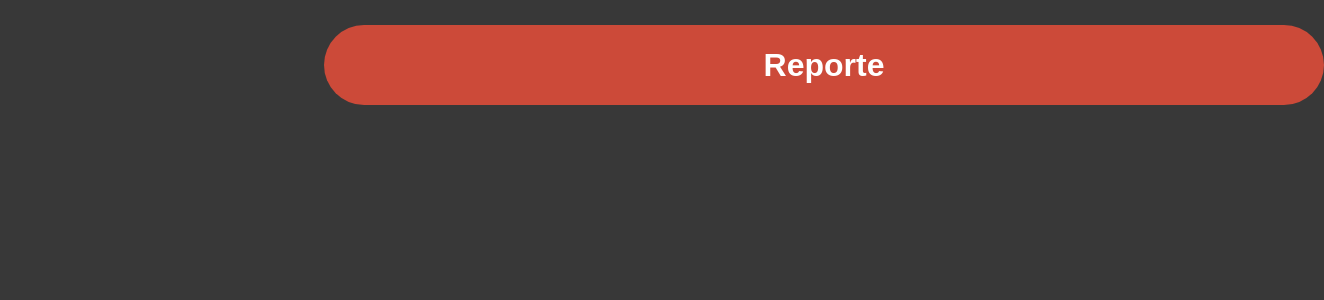
Repository: nathanvdev/LFP_PR_202001568
Page: plantilla.html
These files come from the project's save history. The page is drawn as it stood at one moment and after the next save; the edit follows.
The browser window is 1280 px wide. The page is 1324 px wide, so the pictures cover 1324 px, including what lies to the right of the window. The pictures show the whole page.

Above is the page before, as saved 2022-02-19 18:46:56.

After the next save:
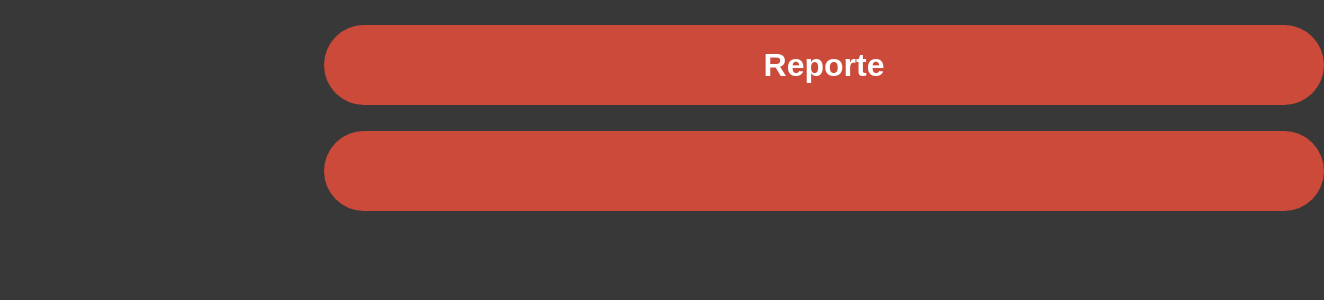
Saved 58 s later.
--- a/plantilla.html
+++ b/plantilla.html
@@ -23,12 +23,20 @@
         display: flex;
         justify-content: center;
     }
+    .PersonalInfo{
+        background-color: rgb(204, 74, 57);
+        height: 80px;
+        width: 1000px;
+        margin: 2%;
+        margin-left: 25%;
+        border-radius: 45px;
+    }
 </style>
 <body style="background-color: rgb(56, 56, 56);">
     <div class="titlebox">
         <h1 style="color: white;">Reporte</h1>
     </div>
-    <div>
+    <div class="PersonalInfo">
 
     </div>
 </body>
